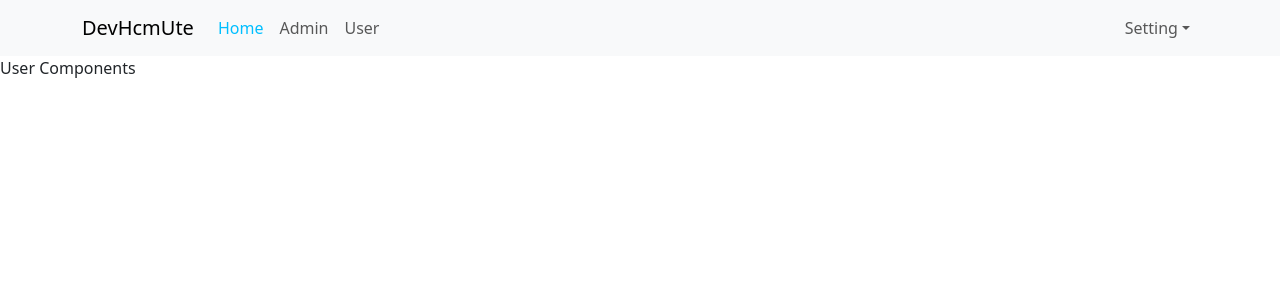
Repository: nnbxxx/React-Untimate
Page: /
An editor plug-in stored every save of this project. The page is shown before and after a run of saves, followed by the edit.
The browser window is 1280 px wide. The pictures show the whole page.
The project was rebuilt for these pictures with package versions that can differ from the ones it lists, and the page was loaded fresh each time. Also part of the build but not shown: src/components/Admin/Admin.js.

Above is the page before, as saved 2023-04-11 17:13:37.

### src/index.js
import React from "react";
import ReactDOM from "react-dom/client";
import App from "./App";
import reportWebVitals from "./reportWebVitals";
import { Provider } from "react-redux";
import store from "./redux/store";
import "bootstrap/dist/css/bootstrap.min.css";
import User from "./components/User/User";
import Admin from "./components/Admin/Admin";
import {
  createBrowserRouter,
  RouterProvider,
  BrowserRouter,
  Route,
  Routes,
} from "react-router-dom";
const root = ReactDOM.createRoot(document.getElementById("root"));
root.render(
  <Provider store={store}>
    {/* <React.StrictMode> */}
    <BrowserRouter>
      <Routes>
        <Route path='/' element={<App />}>
          <Route index element={<User />} />

          <Route path='users' element={<User />} />
          <Route path='admins' element={<Admin />} />
        </Route>
      </Routes>
    </BrowserRouter>

    {/* </React.StrictMode> */}
  </Provider>
);

// If you want to start measuring performance in your app, pass a function
// to log results (for example: reportWebVitals(console.log))
// or send to an analytics endpoint. Learn more: https://bit.ly/CRA-vitals
reportWebVitals();

### src/App.js
import { Button } from "react-bootstrap";
import "./App.scss";
import Header from "./components/Header/Header";
import { Outlet } from "react-router-dom";

const App = () => {
  return (
    <div className='app-container'>
      <div className='header-container'>
        <Header />
      </div>
      <div className='main-container'>
        <div className='sidenav-container'></div>
      </div>
      <div className='app-content'>
        <Outlet />
      </div>
    </div>
  );
};

export default App;

### src/components/User/User.js
const User = (props) => {
  return <div>User Components</div>;
};
export default User;

### src/App.scss
body {
  padding: 0;
  margin: 0;
  font-family: -apple-system, BlinkMacSystemFont, "Segoe UI", "Roboto", "Oxygen",
    "Ubuntu", "Cantarell", "Fira Sans", "Droid Sans", "Helvetica Neue",
    sans-serif;
  -webkit-font-smoothing: antialiased;
  -moz-osx-font-smoothing: grayscale;
}
.app-container {
  .header-container {
    .navbar-nav {
      .nav-link {
        &.active {
          color: #00bfff;
        }
      }
    }
  }
}

### src/components/Header/Header.js
import Container from "react-bootstrap/Container";
import Nav from "react-bootstrap/Nav";
import Navbar from "react-bootstrap/Navbar";
import NavDropdown from "react-bootstrap/NavDropdown";
import { NavLink } from "react-router-dom";

const Header = () => {
  return (
    <Navbar bg='light' expand='lg'>
      <Container>
        <Navbar.Brand href='/'>DevHcmUte</Navbar.Brand>
        <Navbar.Toggle aria-controls='basic-navbar-nav' />
        <Navbar.Collapse id='basic-navbar-nav'>
          <Nav className='me-auto'>
            <NavLink to='/' className='nav-link'>
              Home
            </NavLink>
            <NavLink to='./admins' className='nav-link'>
              Admin
            </NavLink>
            <NavLink to='./users' className='nav-link'>
              User
            </NavLink>
          </Nav>
          <Nav>
            <NavDropdown title='Setting' id='basic-nav-dropdown'>
              <NavDropdown.Item href='#action/3.1'>Log in</NavDropdown.Item>
              <NavDropdown.Item href='#action/3.2'>Log out</NavDropdown.Item>
              <NavDropdown.Item href='#action/3.3'>Profile</NavDropdown.Item>
              <NavDropdown.Divider />
              <NavDropdown.Item href='#action/3.4'>
                Separated link
              </NavDropdown.Item>
            </NavDropdown>
          </Nav>
        </Navbar.Collapse>
      </Container>
    </Navbar>
  );
};

export default Header;

### src/components/Home/HomePage.js
const HomePage = () => {
  return <div>Home Page Components</div>;
};
export default HomePage;

Loaded but not shown: public/index.html (common file); src/reportWebVitals.js (common file); src/redux/store.js (common file); src/redux/reducer/rootReducer.js (common file); src/redux/reducer/counterReducer.js (common file); src/redux/action/counterAction.js (common file)

After the next 2 saves:
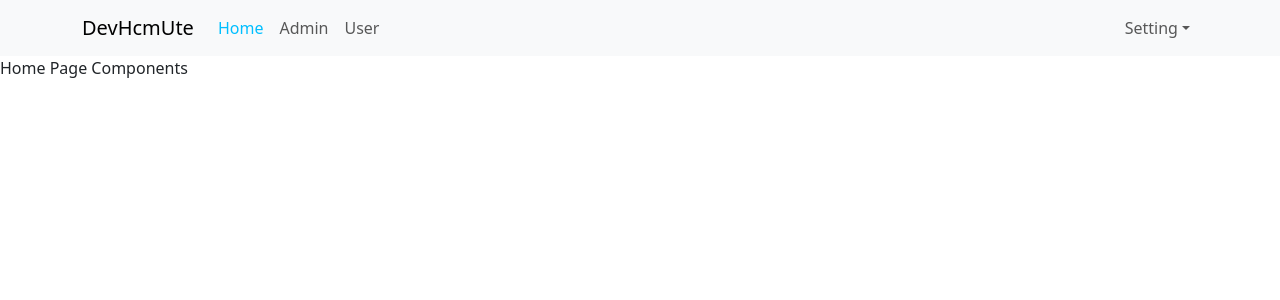
The 2 saves are shown as one change because 1 did not build or start.
The last was saved 31 s later.
--- a/src/index.js
+++ b/src/index.js
@@ -7,6 +7,7 @@ import store from "./redux/store";
 import "bootstrap/dist/css/bootstrap.min.css";
 import User from "./components/User/User";
 import Admin from "./components/Admin/Admin";
+import HomePage from "./components/Home/HomePage";
 import {
   createBrowserRouter,
   RouterProvider,
@@ -21,8 +22,7 @@ root.render(
     <BrowserRouter>
       <Routes>
         <Route path='/' element={<App />}>
-          <Route index element={<User />} />
-
+          <Route index element={<HomePage />} />
           <Route path='users' element={<User />} />
           <Route path='admins' element={<Admin />} />
         </Route>
